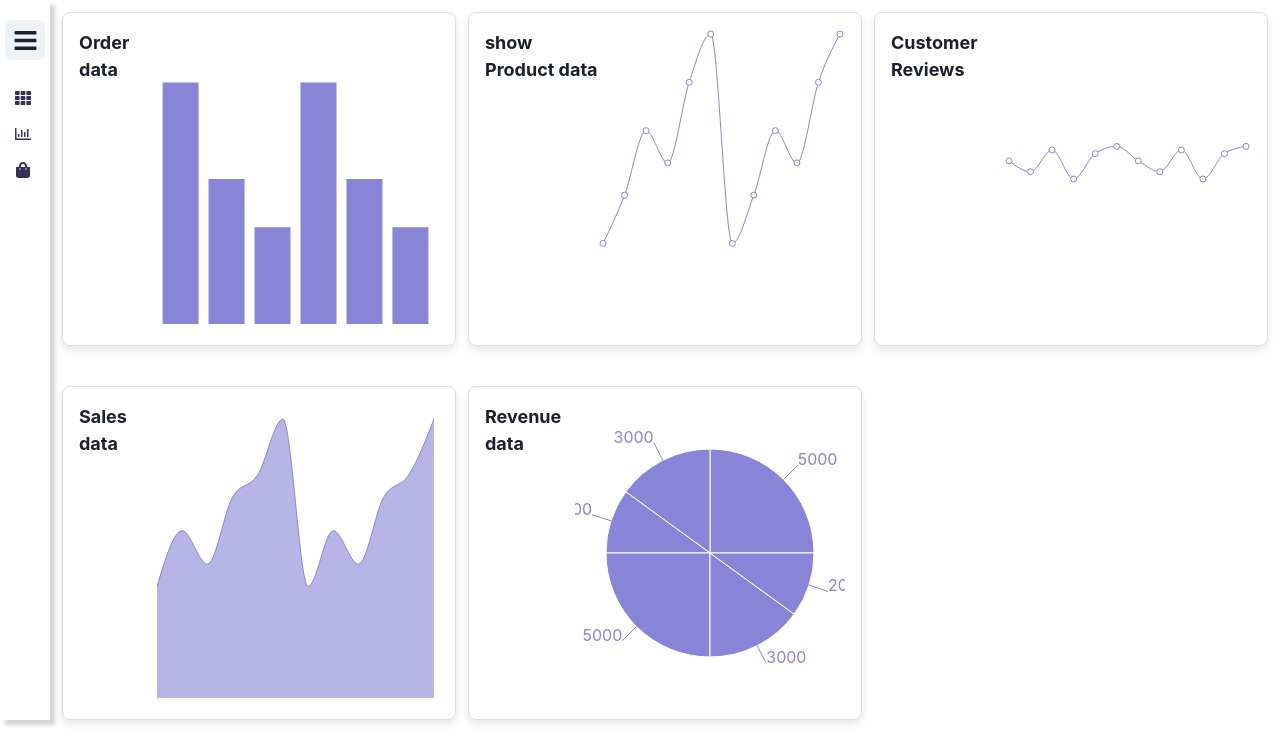
Repository: Andarg01/chakra-dashboard
Page: /analytics
These files come from the project's save history. The page is drawn as it stood at one moment and after the next save; the edit follows.
The browser window is 1280 px wide. The pictures show the whole page.
The project was rebuilt for these pictures with package versions that can differ from the ones it lists, and the page was loaded fresh each time. Also part of the build but not shown: src/components/ProductModal.tsx, src/components/ProductTable.tsx, src/pages/ProductList.tsx, src/components/Dashboard.tsx.

Above is the page before, as saved 2024-03-09 01:10:21.

### src/index.tsx
import React from 'react';
import ReactDOM from 'react-dom/client';
import './index.css';
import App from './App';

import { ChakraProvider } from '@chakra-ui/react';


const root = ReactDOM.createRoot(
  document.getElementById('root') as HTMLElement
);
root.render(

  <React.StrictMode>
  <ChakraProvider>
    <App />
    </ChakraProvider>
  </React.StrictMode>

);

### src/App.tsx
import React from 'react'
import ProductList from './pages/ProductList'
import Dashboard from './components/Dashboard'
import Sidebar from './components/Sidebar';
import Analytics from './pages/Analytics';
import { BrowserRouter, Route, Routes } from 'react-router-dom';
const App = () => {
  return (
    <div>
    <BrowserRouter>
    <Sidebar>
      <Routes>
      <Route path="/" element={<Dashboard />}/>
      <Route path="/dashboard" element={<Dashboard />}/>
      <Route path="/analytics" element={<Analytics  />} />
      <Route path="/product" element={<ProductList />}/>

      </Routes>
    </Sidebar>
  </BrowserRouter>
    </div>
  )
}

export default App





















// import React from 'react';
// import { BrowserRouter, Route, Routes } from 'react-router-dom';
// import Sidebar from './components/Sidebar';

// import Dashboard from './pages/Dashboard'

// import Analytics from './pages/AnalyticsPage'

// import ProductList from './ProductList';
// import './App.css';


// // import { ChakraProvider } from '@chakra-ui/react';

// type SaleData = {
//   date: string;
//   amount: number;
// };

// type RevenueData = {
//   month: string;
//   revenue: number;
// };

// const App: React.FC = () => {
//   const saleData: SaleData[] = [
//     { date: '2022-01-01', amount: 100 },
//     { date: '2022-01-02', amount: 150 },
//     { date: '2022-01-03', amount: 200 },
//     { date: '2022-01-04', amount: 120 },
//     { date: '2022-01-05', amount: 180 },
//     { date: '2022-01-06', amount: 90 },
//     { date: '2022-01-07', amount: 110 },
//     { date: '2022-01-08', amount: 130 },
//     { date: '2022-01-09', amount: 170 },
//     { date: '2022-01-10', amount: 160 },
//   ];

//   const revenueData: RevenueData[] = [
//     { month: 'January', revenue: 500 },
//     { month: 'February', revenue: 700 },
//     { month: 'March', revenue: 600 },
//     { month: 'April', revenue: 800 },
//     { month: 'May', revenue: 900 },
//     { month: 'June', revenue: 750 },
//     { month: 'July', revenue: 850 },
//     { month: 'August', revenue: 950 },
//     { month: 'September', revenue: 700 },
//     { month: 'October', revenue: 850 },
//   ];

//   return (
//     // <ChakraProvider>
//       <div>
//         <BrowserRouter>
//           <Sidebar>
//             <Routes>
//               <Route path="/" element={<Dashboard saleData={saleData} revenueData={revenueData} />} />
//               <Route path="/dashboard" element={<Dashboard saleData={saleData} revenueData={revenueData} />} />

//               <Route path="/analytics" element={<Analytics />} />
//               <Route path="/product" element={<ProductList />} />

//             </Routes>
//           </Sidebar>
//         </BrowserRouter>
//       </div>
//     {/* </ChakraProvider> */}
//   );
// };

// export default App;

### src/components/Sidebar.tsx




import React, { useState } from 'react';
import {
  FaTh,
  FaBars,
  FaShoppingBag,
  FaRegChartBar,
} from 'react-icons/fa';

import { NavLink } from 'react-router-dom';
import { Box, IconButton, Text, Flex } from '@chakra-ui/react';

interface MenuItem {
  path: string;
  name: string;
  icon: JSX.Element;
}

const Sidebar: React.FC<React.PropsWithChildren<{}>> = ({ children }) => {
  const [isOpen, setIsOpen] = useState(false);

  const toggle = () => setIsOpen(!isOpen);

  const menuItems: MenuItem[] = [
    {
      path: '/',
      name: 'Dashboard',
      icon: <FaTh />,
    },
    {
      path: '/analytics',
      name: 'Analytics',
      icon: <FaRegChartBar />,
  },
    {
      path: '/product',
      name: 'Product',
      icon: <FaShoppingBag />,
    },
  ];

  return (
    <Flex>
      <Box
        width={isOpen ? '200px' : '50px'}
        bg="#fff"
        boxShadow="5px 5px 4px rgb(212, 212, 212)"
        color="#000"
        height="100vh"
        transition="all 0.5s"
        overflowX="hidden"
      >
        <Flex
          className="top_section"
          direction="column"
          align="center"
          justify="center"
          p="20px 15px"
        >
          <Text fontSize={isOpen ? '30px' : '0'} className="logo">
            Logo
          </Text>
          <IconButton
            marginLeft={isOpen ? '50px' : '0px'}
            className="bars"
            fontSize="25px"
            aria-label="Toggle Sidebar"
            icon={<FaBars />}
            onClick={toggle}
          />
        </Flex>
        {menuItems.map((item, index) => (
          <NavLink to={item.path} key={index} className="link">
            <Flex
              p="10px 15px"
              color="#37305F"
              _hover={{ bgColor: '#37305F', color: '#fff', margin: '10px', borderRadius: '10px' }}
              _active={{ bgColor: '#37305F', color: '#fff', margin: '10px', borderRadius: '10px' }}
            >
              <Box className="icon" marginRight="3">
                {item.icon}
              </Box>
              <Text
                display={isOpen ? 'block' : 'none'}
                className="link_text text-sm"
                marginLeft="3"
              >
                {item.name}
              </Text>
            </Flex>
          </NavLink>
        ))}
      </Box>
      <Box flex="1">{children}</Box>
    </Flex>
  );
};

export default Sidebar;

### src/pages/Analytics.tsx
import React, { useState } from 'react';
import {
  Box,
  Flex,
  Text,
  ThemeProvider,
  extendTheme,
} from '@chakra-ui/react';
import {
  LineChart,
  Line,
  AreaChart,
  Area,
  BarChart,
  Bar,
  PieChart as RePieChart,
  Pie,
  Tooltip,
  ResponsiveContainer,
} from 'recharts';

// Extend Chakra UI theme for custom styles
const theme = extendTheme({
  shadows: {
    xl: '0 0 10px rgba(0, 0, 0, 0.2)',
  },
});

interface DataPoint {
  name: string;
  value: number;
}

interface ChartCardProps {
  title: string;
  chart: React.ReactNode;
}

const ChartCard: React.FC<ChartCardProps> = ({ title, chart }) => (
  <Box
    boxShadow="xl"
    p={4}
    borderRadius="lg"
    border="1px solid #ddd" // Border color
    boxShadow="0 4px 8px rgba(0, 0, 0, 0.1)" // Box shadow
    mb={4}
    width={['100%', 'calc(33.33% - 8px)']} // Adjusted width by 1/3
    display="inline-flex" // Display as inline-flex
  >
    <Text fontSize={['md', 'lg']} fontWeight="bold">
      {title}
    </Text>
    {chart}
  </Box>
);

const SalesSplineAreaChart: React.FC = () => {
  const salesData: DataPoint[] = [
    { name: 'Jan', value: 1000 },
    { name: 'Feb', value: 1500 },
    { name: 'Mar', value: 1200 },
    { name: 'Apr', value: 1800 },
    { name: 'May', value: 2000 },
    { name: 'Jun', value: 2500 },
    { name: 'Jan', value: 1000 },
    { name: 'Feb', value: 1500 },
    { name: 'Mar', value: 1200 },
    { name: 'Apr', value: 1800 },
    { name: 'May', value: 2000 },
    { name: 'Jun', value: 2500 },
  ];

  return (
    <ChartCard
      title="Sales data"
      chart={
        <ResponsiveContainer width="100%" height={300}>
          <AreaChart data={salesData}>
            <Area type="monotone" dataKey="value" stroke="#8884d8" fill="#8884d8" />
            <Tooltip />
          </AreaChart>
        </ResponsiveContainer>
      }
    />
  );
};

const ProductSplineLineChart: React.FC = () => {
  const productData: DataPoint[] = [
    { name: 'Jan', value: 500 },
    { name: 'Feb', value: 800 },
    { name: 'Mar', value: 1200 },
    { name: 'Apr', value: 1000 },
    { name: 'May', value: 1500 },
    { name: 'Jun', value: 1800 },
    { name: 'Jan', value: 500 },
    { name: 'Feb', value: 800 },
    { name: 'Mar', value: 1200 },
    { name: 'Apr', value: 1000 },
    { name: 'May', value: 1500 },
    { name: 'Jun', value: 1800 },
  ];

  return (
    <ChartCard
      title=" show Product data "
      chart={
        <ResponsiveContainer width="100%" height={300}>
          <LineChart data={productData}>
            <Line type="monotone" dataKey="value" stroke="#8884d8" />
            <Tooltip />
          </LineChart>
        </ResponsiveContainer>
      }
    />
  );
};

const CustomerReviewsLineChart: React.FC = () => {
  const reviewsData: DataPoint[] = [
    { name: 'Jan', value: 4.5 },
    { name: 'Feb', value: 4.2 },
    { name: 'Mar', value: 4.8 },
    { name: 'Apr', value: 4.0 },
    { name: 'May', value: 4.7 },
    { name: 'Jun', value: 4.9 },
    { name: 'Jan', value: 4.5 },
    { name: 'Feb', value: 4.2 },
    { name: 'Mar', value: 4.8 },
    { name: 'Apr', value: 4.0 },
    { name: 'May', value: 4.7 },
    { name: 'Jun', value: 4.9 },
  ];

  return (
    <ChartCard
      title="Customer Reviews "
      chart={
        <ResponsiveContainer width="100%" height={300}>
          <LineChart data={reviewsData}>
            <Line type="monotone" dataKey="value" stroke="#8884d8" />
            <Tooltip />
          </LineChart>
        </ResponsiveContainer>
      }
    />
  );
};

const RevenuePieChart: React.FC = () => {
  const revenueData: DataPoint[] = [
    { name: 'Product A', value: 5000 },
    { name: 'Product B', value: 3000 },
    { name: 'Product C', value: 2000 },
    { name: 'Product A', value: 5000 },
    { name: 'Product B', value: 3000 },
    { name: 'Product C', value: 2000 },
  ];

  return (
    <ChartCard
      title="Revenue data"
      chart={
        <ResponsiveContainer width="100%" height={300}>
          <RePieChart>
            <Pie dataKey="value" data={revenueData} fill="#8884d8" label />
            <Tooltip />
          </RePieChart>
        </ResponsiveContainer>
      }
    />
  );
};

const OrderBarChart: React.FC = () => {
  const initialOrderData: DataPoint[] = [
    { name: 'Product A', value: 5000 },
    { name: 'Product B', value: 3000 },
    { name: 'Product C', value: 2000 },
    { name: 'Product A', value: 5000 },
    { name: 'Product B', value: 3000 },
    { name: 'Product C', value: 2000 },
  ];

  const [orderData, setOrderData] = useState<DataPoint[]>(initialOrderData);

  const sortByValue = () => {
    const sortedData = [...orderData].sort((a, b) => a.value - b.value);
    setOrderData(sortedData);
  };

  return (
    <ChartCard
      title="Order data"
      chart={
        <ResponsiveContainer width="100%" height={300}>
          <BarChart data={orderData}>
            <Bar dataKey="value" fill="#8884d8" />
            <Tooltip />
          </BarChart>
        </ResponsiveContainer>
      }
    />
  );
};

const AnalyticalPage: React.FC = () => {
  return (
    <ThemeProvider theme={theme}>
      <Flex direction="row" flexWrap="wrap" p={3} justify="center" gap={3}>
        <OrderBarChart />
        <ProductSplineLineChart />
        <CustomerReviewsLineChart />
      </Flex>
      <Flex direction="row" p={3} flexWrap="wrap" justify="left" gap={3}>
        <SalesSplineAreaChart />
        <RevenuePieChart />
      </Flex>
    </ThemeProvider>
  );
};

export default AnalyticalPage;

Loaded but not shown: public/index.html (common file); src/index.css (common file)

After the next save:
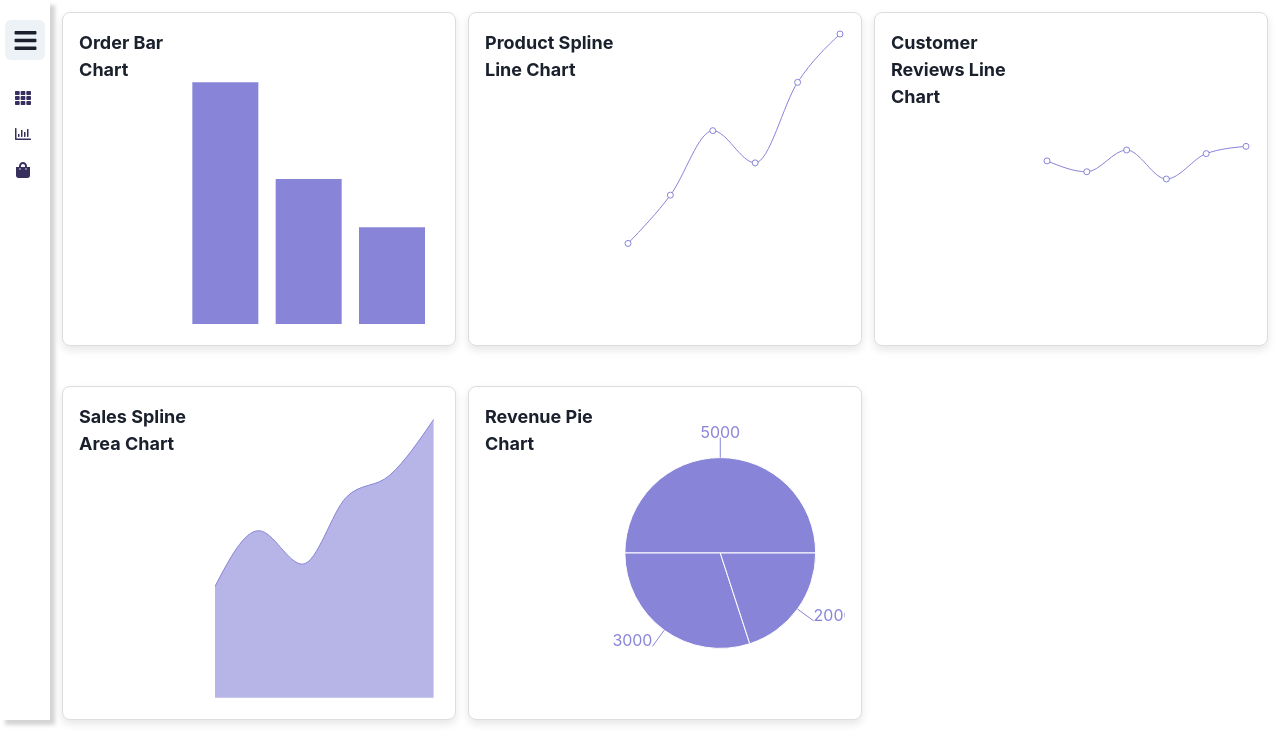
Saved 14 min 30 s later.
--- a/src/pages/Analytics.tsx
+++ b/src/pages/Analytics.tsx
@@ -41,11 +41,11 @@ const ChartCard: React.FC<ChartCardProps> = ({ title, chart }) => (
     boxShadow="xl"
     p={4}
     borderRadius="lg"
-    border="1px solid #ddd" // Border color
-    boxShadow="0 4px 8px rgba(0, 0, 0, 0.1)" // Box shadow
+    border="1px solid #ddd"
+    boxShadow="0 4px 8px rgba(0, 0, 0, 0.1)"
     mb={4}
-    width={['100%', 'calc(33.33% - 8px)']} // Adjusted width by 1/3
-    display="inline-flex" // Display as inline-flex
+    width={['100%', 'calc(33.33% - 8px)']}
+    display="inline-flex"
   >
     <Text fontSize={['md', 'lg']} fontWeight="bold">
       {title}
@@ -62,17 +62,11 @@ const SalesSplineAreaChart: React.FC = () => {
     { name: 'Apr', value: 1800 },
     { name: 'May', value: 2000 },
     { name: 'Jun', value: 2500 },
-    { name: 'Jan', value: 1000 },
-    { name: 'Feb', value: 1500 },
-    { name: 'Mar', value: 1200 },
-    { name: 'Apr', value: 1800 },
-    { name: 'May', value: 2000 },
-    { name: 'Jun', value: 2500 },
   ];
 
   return (
     <ChartCard
-      title="Sales data"
+      title="Sales Spline Area Chart"
       chart={
         <ResponsiveContainer width="100%" height={300}>
           <AreaChart data={salesData}>
@@ -93,17 +87,11 @@ const ProductSplineLineChart: React.FC = () => {
     { name: 'Apr', value: 1000 },
     { name: 'May', value: 1500 },
     { name: 'Jun', value: 1800 },
-    { name: 'Jan', value: 500 },
-    { name: 'Feb', value: 800 },
-    { name: 'Mar', value: 1200 },
-    { name: 'Apr', value: 1000 },
-    { name: 'May', value: 1500 },
-    { name: 'Jun', value: 1800 },
   ];
 
   return (
     <ChartCard
-      title=" show Product data "
+      title="Product Spline Line Chart"
       chart={
         <ResponsiveContainer width="100%" height={300}>
           <LineChart data={productData}>
@@ -124,17 +112,11 @@ const CustomerReviewsLineChart: React.FC = () => {
     { name: 'Apr', value: 4.0 },
     { name: 'May', value: 4.7 },
     { name: 'Jun', value: 4.9 },
-    { name: 'Jan', value: 4.5 },
-    { name: 'Feb', value: 4.2 },
-    { name: 'Mar', value: 4.8 },
-    { name: 'Apr', value: 4.0 },
-    { name: 'May', value: 4.7 },
-    { name: 'Jun', value: 4.9 },
   ];
 
   return (
     <ChartCard
-      title="Customer Reviews "
+      title="Customer Reviews Line Chart"
       chart={
         <ResponsiveContainer width="100%" height={300}>
           <LineChart data={reviewsData}>
@@ -152,14 +134,11 @@ const RevenuePieChart: React.FC = () => {
     { name: 'Product A', value: 5000 },
     { name: 'Product B', value: 3000 },
     { name: 'Product C', value: 2000 },
-    { name: 'Product A', value: 5000 },
-    { name: 'Product B', value: 3000 },
-    { name: 'Product C', value: 2000 },
   ];
 
   return (
     <ChartCard
-      title="Revenue data"
+      title="Revenue Pie Chart"
       chart={
         <ResponsiveContainer width="100%" height={300}>
           <RePieChart>
@@ -177,9 +156,6 @@ const OrderBarChart: React.FC = () => {
     { name: 'Product A', value: 5000 },
     { name: 'Product B', value: 3000 },
     { name: 'Product C', value: 2000 },
-    { name: 'Product A', value: 5000 },
-    { name: 'Product B', value: 3000 },
-    { name: 'Product C', value: 2000 },
   ];
 
   const [orderData, setOrderData] = useState<DataPoint[]>(initialOrderData);
@@ -191,7 +167,7 @@ const OrderBarChart: React.FC = () => {
 
   return (
     <ChartCard
-      title="Order data"
+      title="Order Bar Chart"
       chart={
         <ResponsiveContainer width="100%" height={300}>
           <BarChart data={orderData}>
